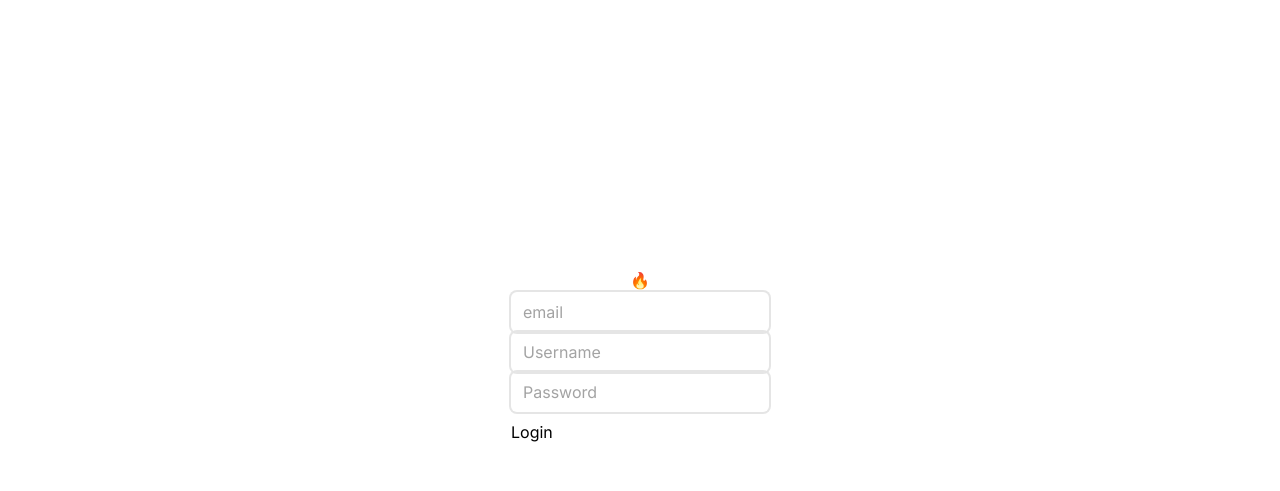
Repository: ParkSeokgyu/tweets
Page: /login
These files come from the project's save history. The page is drawn as it stood at one moment and after the next save; the edit follows.
The browser window is 1280 px wide. The pictures show the whole page.
The project was rebuilt for these pictures with package versions that can differ from the ones it lists, and the page was loaded fresh each time. The framework's server and built-in components were replaced by stand-ins that run in the browser. Also part of the build but not shown: next.config.mjs.

Above is the page before, as saved 2024-08-14 11:03:59.

After the next save:
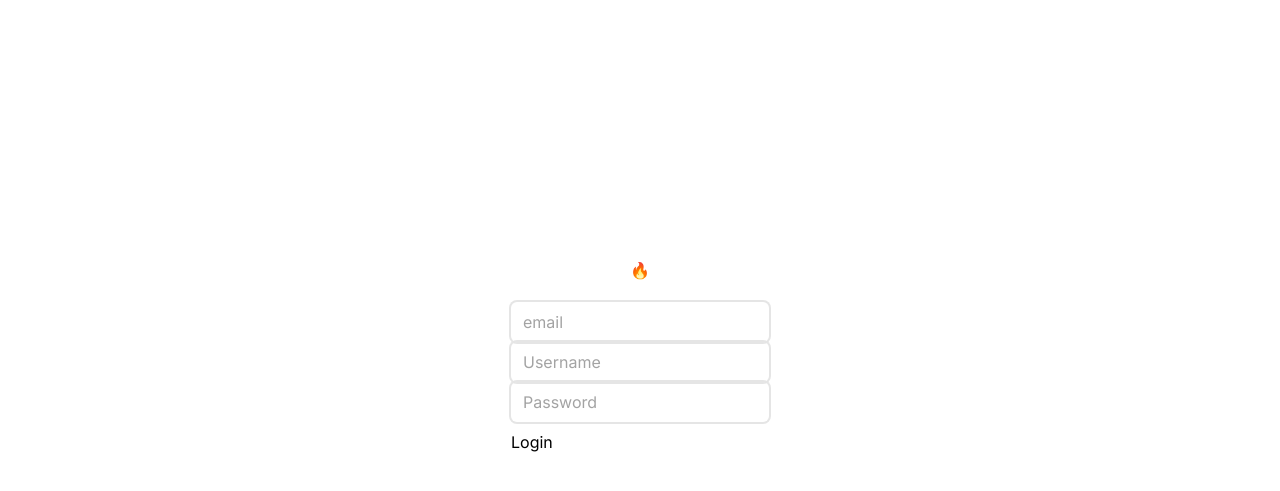
Saved 10 s later.
--- a/app/login/page.tsx
+++ b/app/login/page.tsx
@@ -5,7 +5,7 @@ import Input from "@/components/input"
 
 export default function Login() {
   return (
-    <div className="min-h-screen flex items-center justify-center flex-col">
+    <div className="min-h-screen flex items-center justify-center flex-col gap-5">
       <div>
         <h1>🔥</h1>
       </div>
